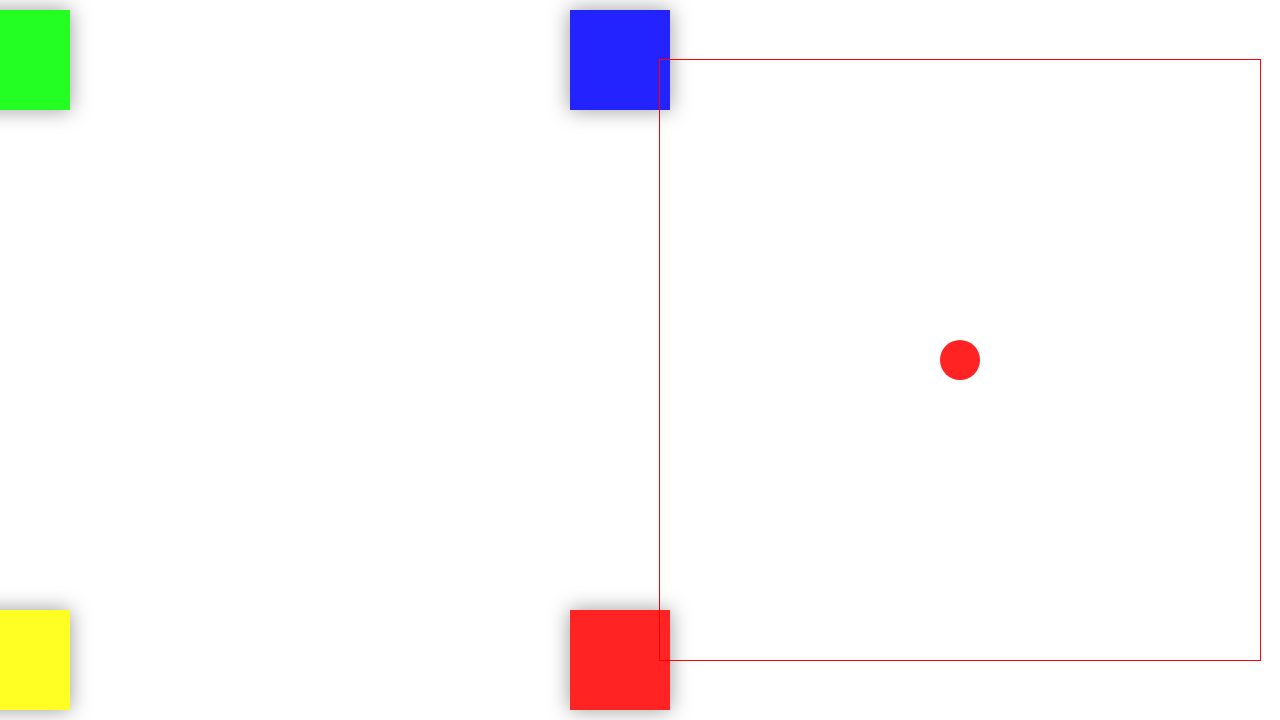
Repository: randgars/game
Page: index.html
An editor plug-in stored every save of this project. The page is shown before and after the next save, followed by the edit.
The browser window is 1280 px wide. The pictures show the whole page.

Above is the page before, as saved 2017-09-29 17:40:47.

After the next save:
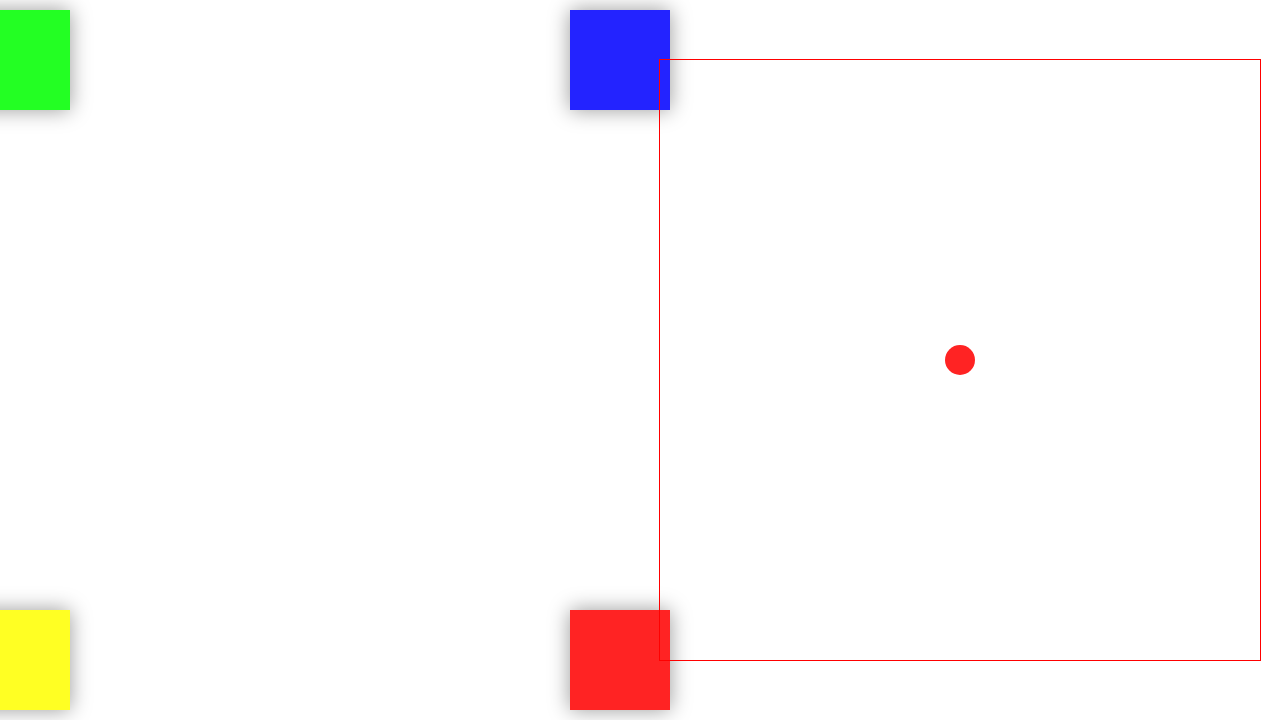
Saved 80 s later.
--- a/style.css
+++ b/style.css
@@ -143,10 +143,10 @@ body {
     border-radius: 100%;
     background-color: rgb(255, 35, 35);
     position: absolute;
-    top: calc(50% - 20px);
-    left: calc(50% - 20px);
-    width: 40px;
-    height: 40px;
+    top: calc(50% - 15px);
+    left: calc(50% - 15px);
+    width: 30px;
+    height: 30px;
     transition: left 1s, top 1s;
 }
 .circle:hover {
